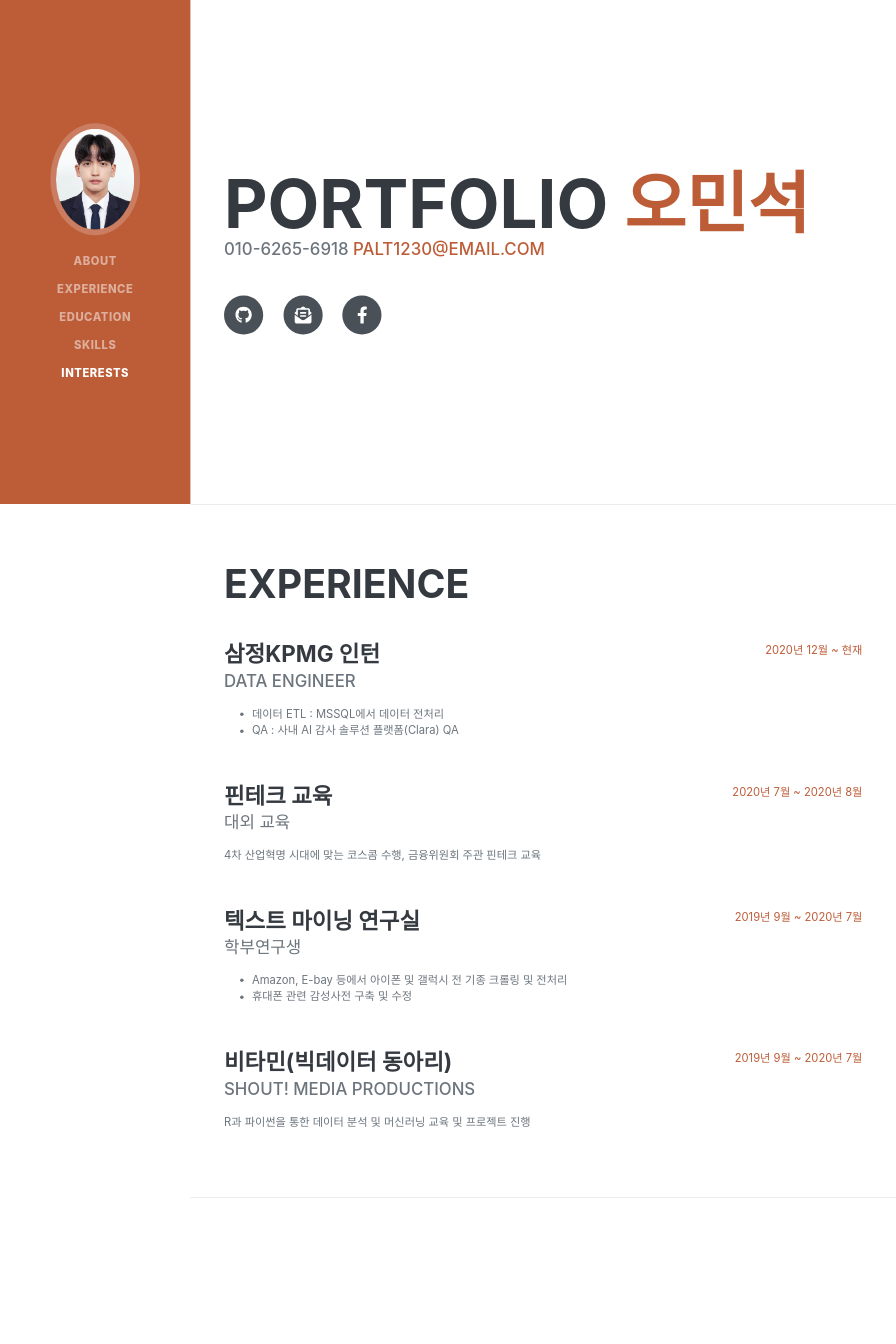
Repository: minsuk1/portfolio
Page: index.html
The author's editor kept a copy of each file at every save. The page is drawn from the files as they stood at one save, then again after the next save.
The browser window is 1280 px wide. The pictures show the part of the page from y = 0 to 1920 px (the page is 5316 px tall), at 70% of full size.
Some web fonts or font styles are not loaded; a fallback is used.

Above is the page before, as saved 2021-01-01 11:51:23.

After the next save:
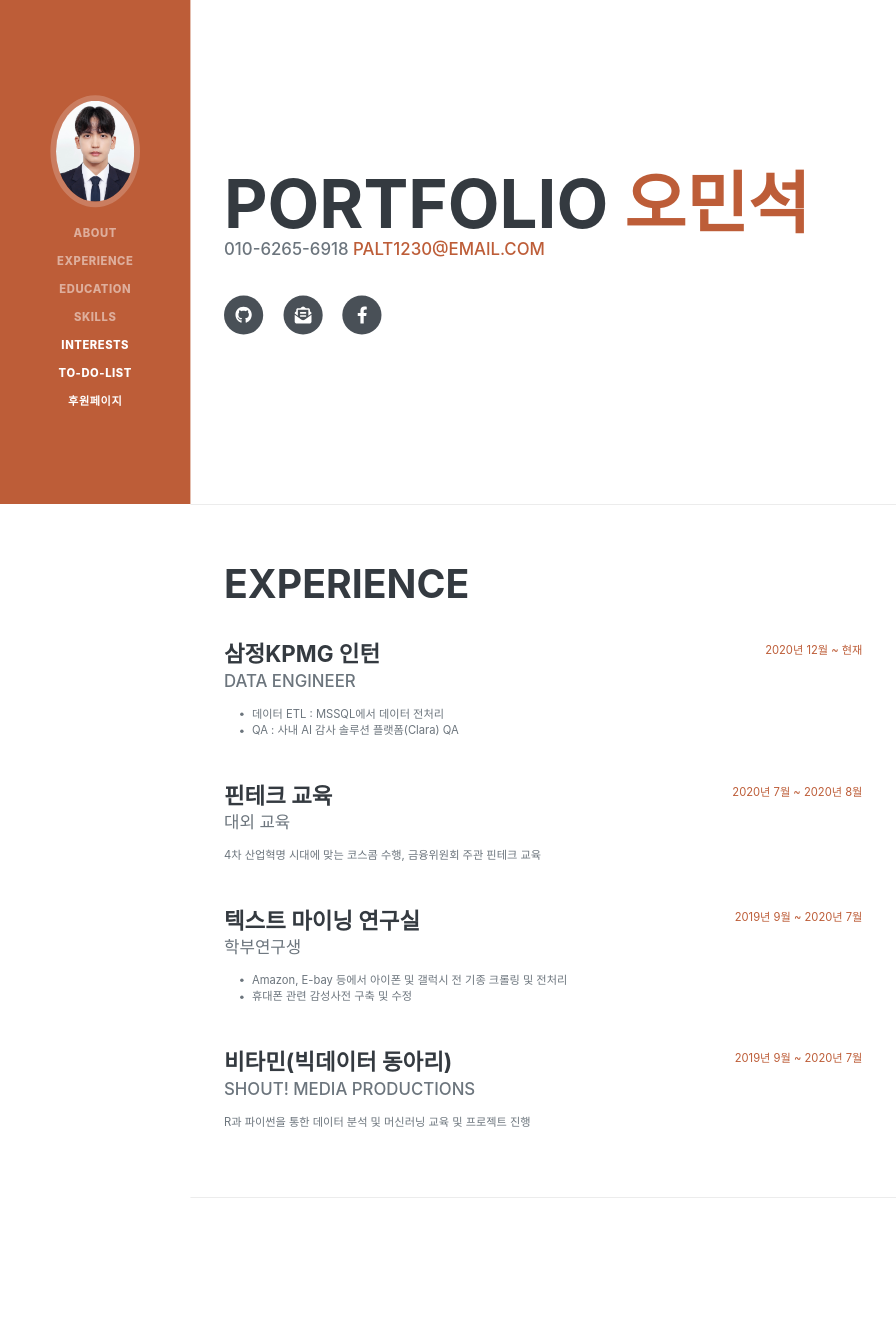
Saved 51 s later.
--- a/index.html
+++ b/index.html
@@ -25,6 +25,8 @@
                     <li class="nav-item"><a class="nav-link js-scroll-trigger" href="#education">Education</a></li>
                     <li class="nav-item"><a class="nav-link js-scroll-trigger" href="#skills">Skills</a></li>
                     <li class="nav-item"><a class="nav-link js-scroll-trigger" href="#interests">Interests</a></li>
+                    <li class="nav-item"><a class="nav-link js-scroll-trigger" href="#interests">to-do-list</a></li>
+                    <li class="nav-item"><a class="nav-link js-scroll-trigger" href="#interests">후원페이지</a></li>
                 </ul>
             </div>
         </nav>
